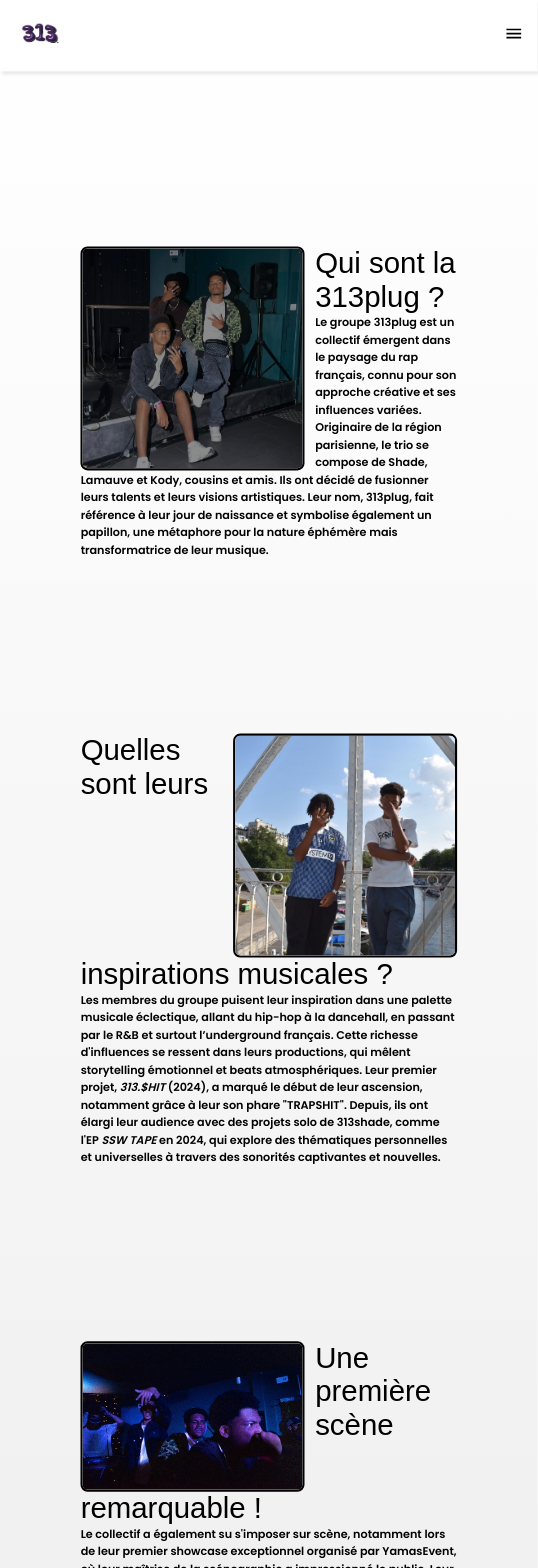
Repository: 313Kody/313plug-Site-Officiel
Page: propos.html
An editor plug-in stored every save of this project. The page is shown before and after the next save, followed by the edit.
The browser window is 768 px wide. The pictures show the part of the page from y = 0 to 2240 px (the page is 3221 px tall before and 3340 px after), at 70% of full size.
Some web fonts or font styles are not loaded; a fallback is used.

Above is the page before, as saved 2024-11-22 16:06:34.

After the next save:
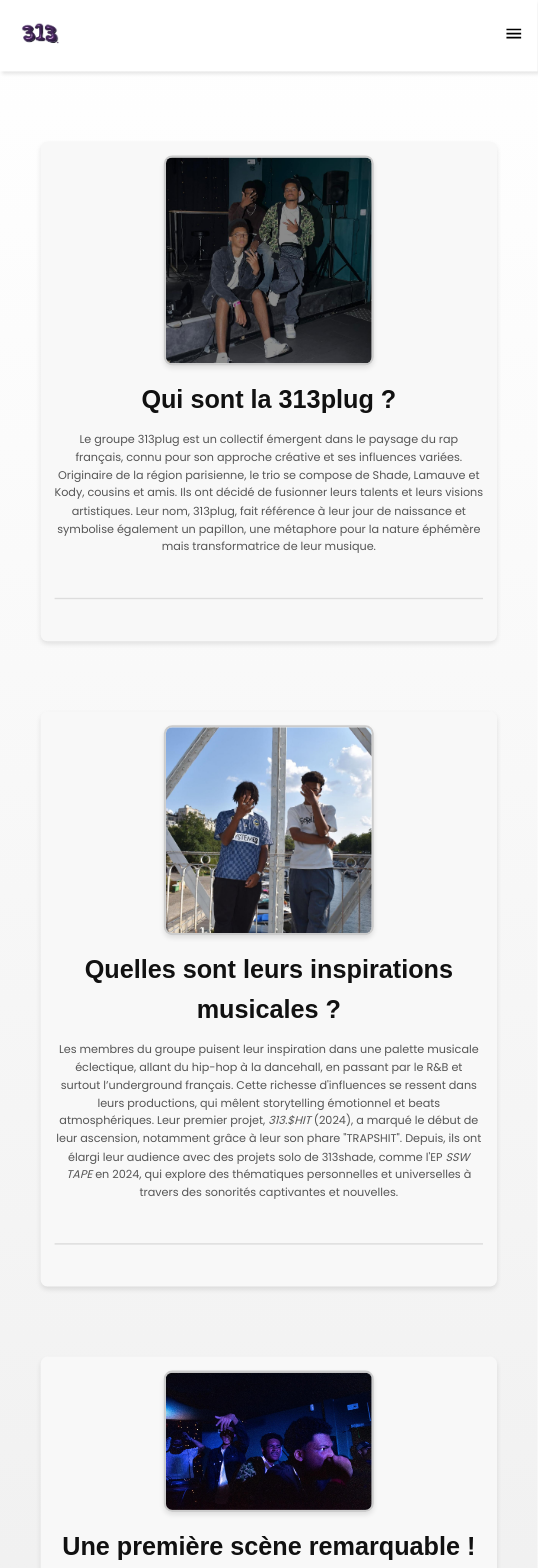
Saved 8 s later.
--- a/CSS/styles.css
+++ b/CSS/styles.css
@@ -246,7 +246,7 @@
 
 /* PAGES A PROPOS : images*/
 
-.pics {
+/* .pics {
    position: relative;
    width: 70%;
    margin: 250px auto;
@@ -305,3 +305,88 @@
 .text p {
     font-size: 16px;
 }
+ */
+
+ .pics {
+    display: flex; /* Flexbox pour aligner image et texte */
+    flex-wrap: wrap; /* Gère les retours à la ligne sur petit écran */
+    align-items: center; /* Centre les éléments verticalement */
+    gap: 30px; /* Espace entre les blocs */
+    width: 85%; /* Largeur de la section */
+    margin: 100px auto; /* Centrer la section */
+    padding: 20px;
+    background-color: #f8f8f8; /* Ajoute un fond doux */
+    border-radius: 10px; /* Coins arrondis */
+    box-shadow: 0 4px 8px rgba(0, 0, 0, 0.1); /* Ombres légères */
+}
+
+.pics::after {
+    content: "";
+    width: 100%;
+    height: 2px;
+    background: #ddd;
+    display: block;
+    margin: 40px 0;
+}
+
+.images-propos, .images-propos2 {
+    max-width: 300px;
+    border: 3px solid #ccc;
+    border-radius: 12px;
+    box-shadow: 0 4px 8px rgba(0, 0, 0, 0.1);
+    transition: transform 0.3s ease; /* Animation au hover */
+}
+
+.images-propos:hover, .images-propos2:hover {
+    transform: scale(1.05); /* Agrandit légèrement l'image au hover */
+    box-shadow: 0 8px 16px rgba(0, 0, 0, 0.2); /* Accentue les ombres */
+}
+
+.text-box {
+    flex: 1; /* Texte prend l'espace restant */
+    color: #333;
+    line-height: 1.6;
+}
+
+.text-box h1, .text-box h2 {
+    font-family: "Fugaz One", sans-serif;
+    font-size: 36px;
+    font-weight: bold;
+    color: #111;
+    margin-bottom: 15px;
+}
+
+.text-box p {
+    font-size: 16px;
+    color: #555;
+}
+
+/* Animation d'apparition */
+@keyframes fadeIn {
+    from {
+        opacity: 0;
+        transform: translateY(20px);
+    }
+    to {
+        opacity: 1;
+        transform: translateY(0);
+    }
+}
+
+.pics {
+    animation: fadeIn 1s ease-in-out;
+}
+
+@media (max-width: 768px) {
+    .pics {
+        flex-direction: column; /* Passe en colonne sur mobile */
+        gap: 20px;
+    }
+    .images-propos, .images-propos2 {
+        float: none;
+        margin: 0 auto;
+    }
+    .text-box {
+        text-align: center; /* Centre le texte sur petit écran */
+    }
+}

After the 2 saves that followed:
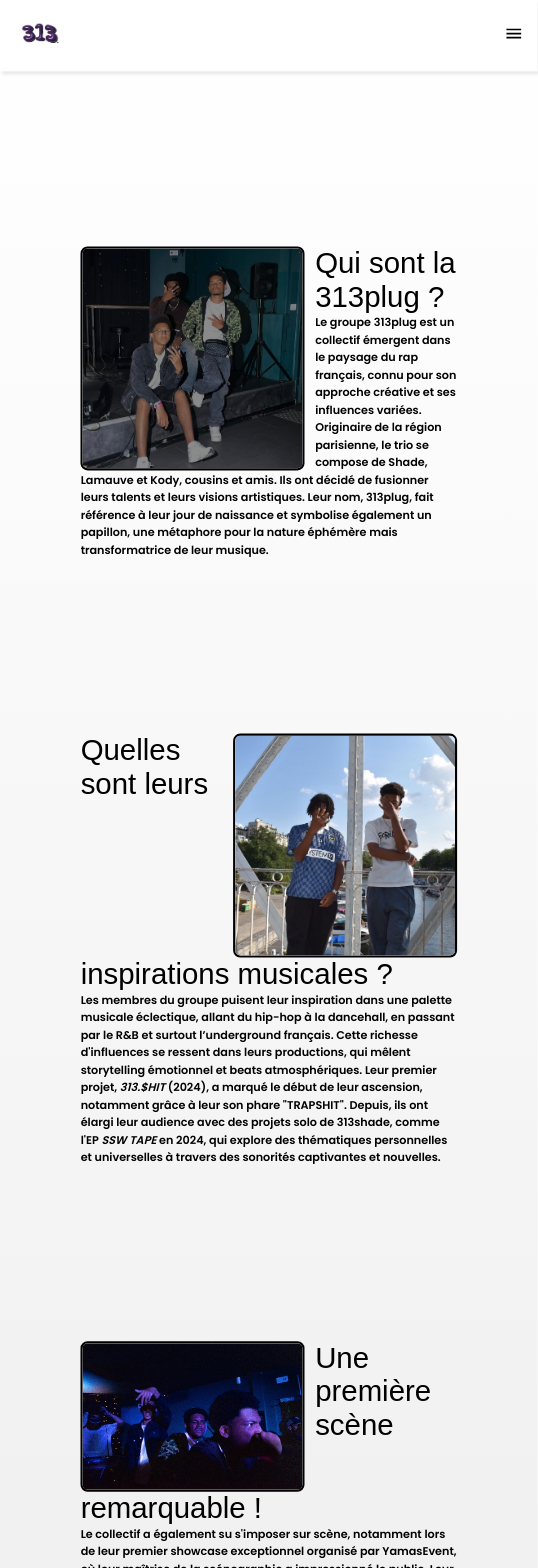
The 2 saves are shown as one change because 1 left the picture as it was.
The last was saved 3 min 30 s later.
--- a/CSS/styles.css
+++ b/CSS/styles.css
@@ -246,7 +246,7 @@
 
 /* PAGES A PROPOS : images*/
 
-/* .pics {
+.pics {
    position: relative;
    width: 70%;
    margin: 250px auto;
@@ -305,88 +305,3 @@
 .text p {
     font-size: 16px;
 }
- */
-
- .pics {
-    display: flex; /* Flexbox pour aligner image et texte */
-    flex-wrap: wrap; /* Gère les retours à la ligne sur petit écran */
-    align-items: center; /* Centre les éléments verticalement */
-    gap: 30px; /* Espace entre les blocs */
-    width: 85%; /* Largeur de la section */
-    margin: 100px auto; /* Centrer la section */
-    padding: 20px;
-    background-color: #f8f8f8; /* Ajoute un fond doux */
-    border-radius: 10px; /* Coins arrondis */
-    box-shadow: 0 4px 8px rgba(0, 0, 0, 0.1); /* Ombres légères */
-}
-
-.pics::after {
-    content: "";
-    width: 100%;
-    height: 2px;
-    background: #ddd;
-    display: block;
-    margin: 40px 0;
-}
-
-.images-propos, .images-propos2 {
-    max-width: 300px;
-    border: 3px solid #ccc;
-    border-radius: 12px;
-    box-shadow: 0 4px 8px rgba(0, 0, 0, 0.1);
-    transition: transform 0.3s ease; /* Animation au hover */
-}
-
-.images-propos:hover, .images-propos2:hover {
-    transform: scale(1.05); /* Agrandit légèrement l'image au hover */
-    box-shadow: 0 8px 16px rgba(0, 0, 0, 0.2); /* Accentue les ombres */
-}
-
-.text-box {
-    flex: 1; /* Texte prend l'espace restant */
-    color: #333;
-    line-height: 1.6;
-}
-
-.text-box h1, .text-box h2 {
-    font-family: "Fugaz One", sans-serif;
-    font-size: 36px;
-    font-weight: bold;
-    color: #111;
-    margin-bottom: 15px;
-}
-
-.text-box p {
-    font-size: 16px;
-    color: #555;
-}
-
-/* Animation d'apparition */
-@keyframes fadeIn {
-    from {
-        opacity: 0;
-        transform: translateY(20px);
-    }
-    to {
-        opacity: 1;
-        transform: translateY(0);
-    }
-}
-
-.pics {
-    animation: fadeIn 1s ease-in-out;
-}
-
-@media (max-width: 768px) {
-    .pics {
-        flex-direction: column; /* Passe en colonne sur mobile */
-        gap: 20px;
-    }
-    .images-propos, .images-propos2 {
-        float: none;
-        margin: 0 auto;
-    }
-    .text-box {
-        text-align: center; /* Centre le texte sur petit écran */
-    }
-}
